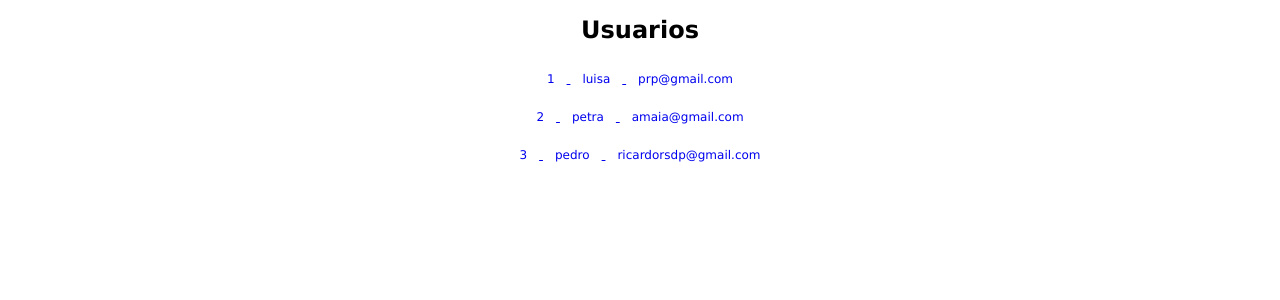
Repository: borjasegui/javaWeb
Page: http://localhost/HelloMVC/ListaUsuarios
These files come from the project's save history. The page is drawn as it stood at one moment and after the next save; the edit follows.
The browser window is 1280 px wide. The pictures show the whole page.
The page is served by Tomcat 9.

Above is the page before, as saved 2018-11-14 13:39:10.

After the next save:
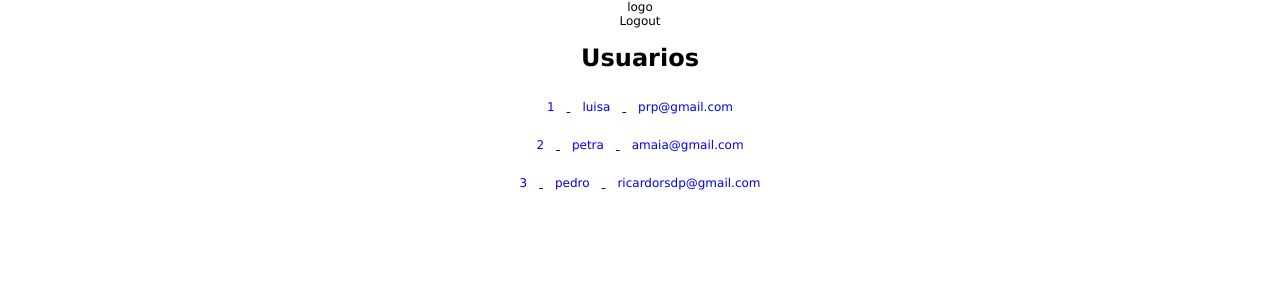
Saved 2 min 27 s later.
--- a/java-web/HelloMVC/WebContent/ListaUsuarios.jsp
+++ b/java-web/HelloMVC/WebContent/ListaUsuarios.jsp
@@ -11,12 +11,15 @@
 <link href="./css/style.css" rel="stylesheet">
 </head>
 <body>
+	<header>
+		<div>logo</div>
+		<ahref="./logout"> Logout</a>
+	</header>
 
 	<h1>Usuarios</h1>
 	<ul>
 		<c:forEach var="unUsuario" items="${losUsuarios}">
-			<li>
-				<a href="./Usuario?id=${unUsuario.id}">
+			<li><a href="./Usuario?id=${unUsuario.id}">
 					<div>${unUsuario.id}</div>
 					<div>${unUsuario.name}</div>
 					<div>${unUsuario.email}</div>
